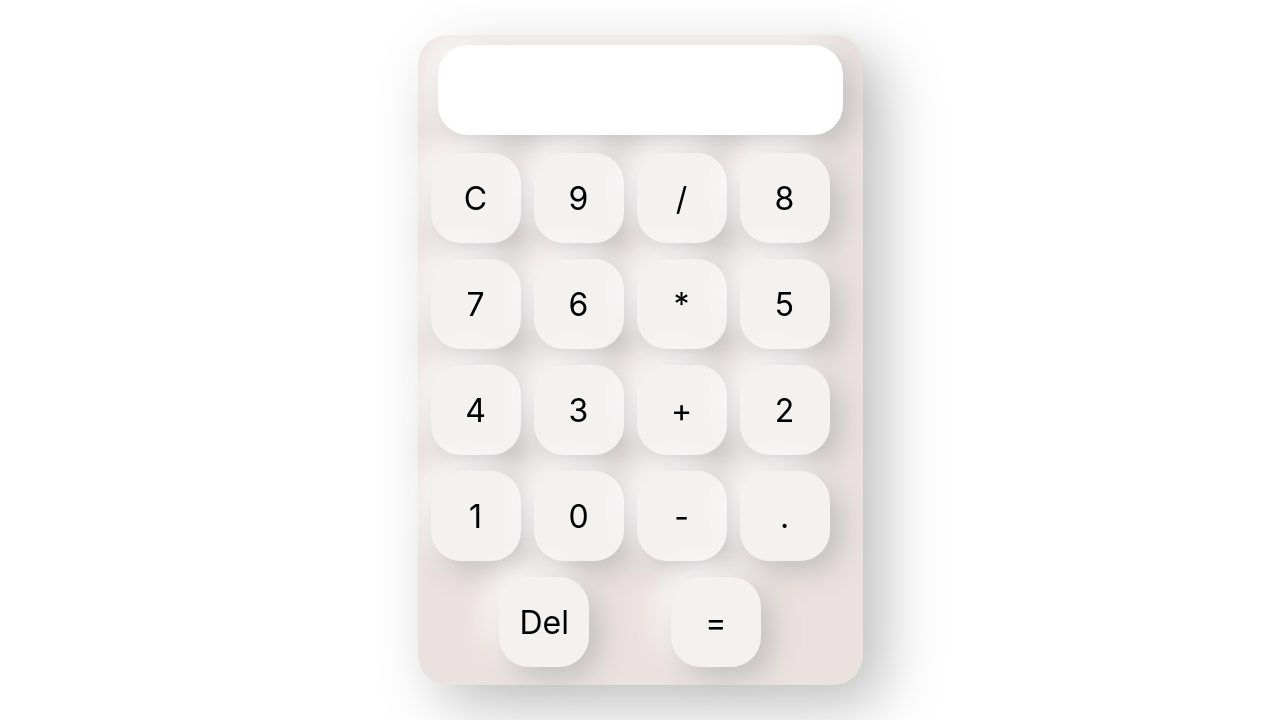
Repository: janidulnkg1/react-prac
Page: / (app in calculator/)
The author's editor kept a copy of each file at every save. The page is drawn from the files as they stood at one save, then again after the next save.
The browser window is 1280 px wide. The pictures show the whole page.
The project was rebuilt for these pictures with package versions that can differ from the ones it lists, and the page was loaded fresh each time. Also part of the build but not shown: calculator/src/App.css.

Above is the page before, as saved 2023-09-15 11:15:42.

After the next save:
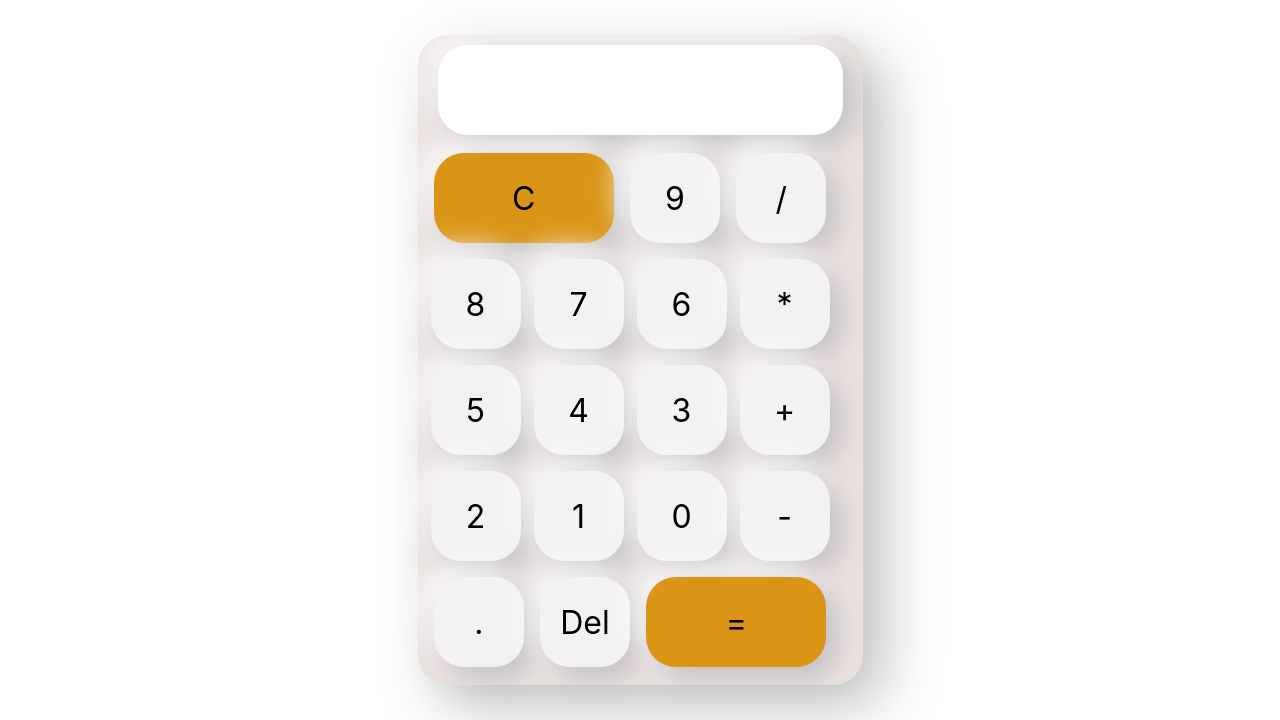
Saved 80 s later.
--- a/calculator/src/components/Button.module.css
+++ b/calculator/src/components/Button.module.css
@@ -10,3 +10,8 @@
     user-select: none;
     box-shadow: 10px 10px 30px #bebebe, -10px -10px 30px #ffffff;
 }
+
+.res{
+    width: 180px;
+    background-color:rgb(218, 149, 22)
+}
